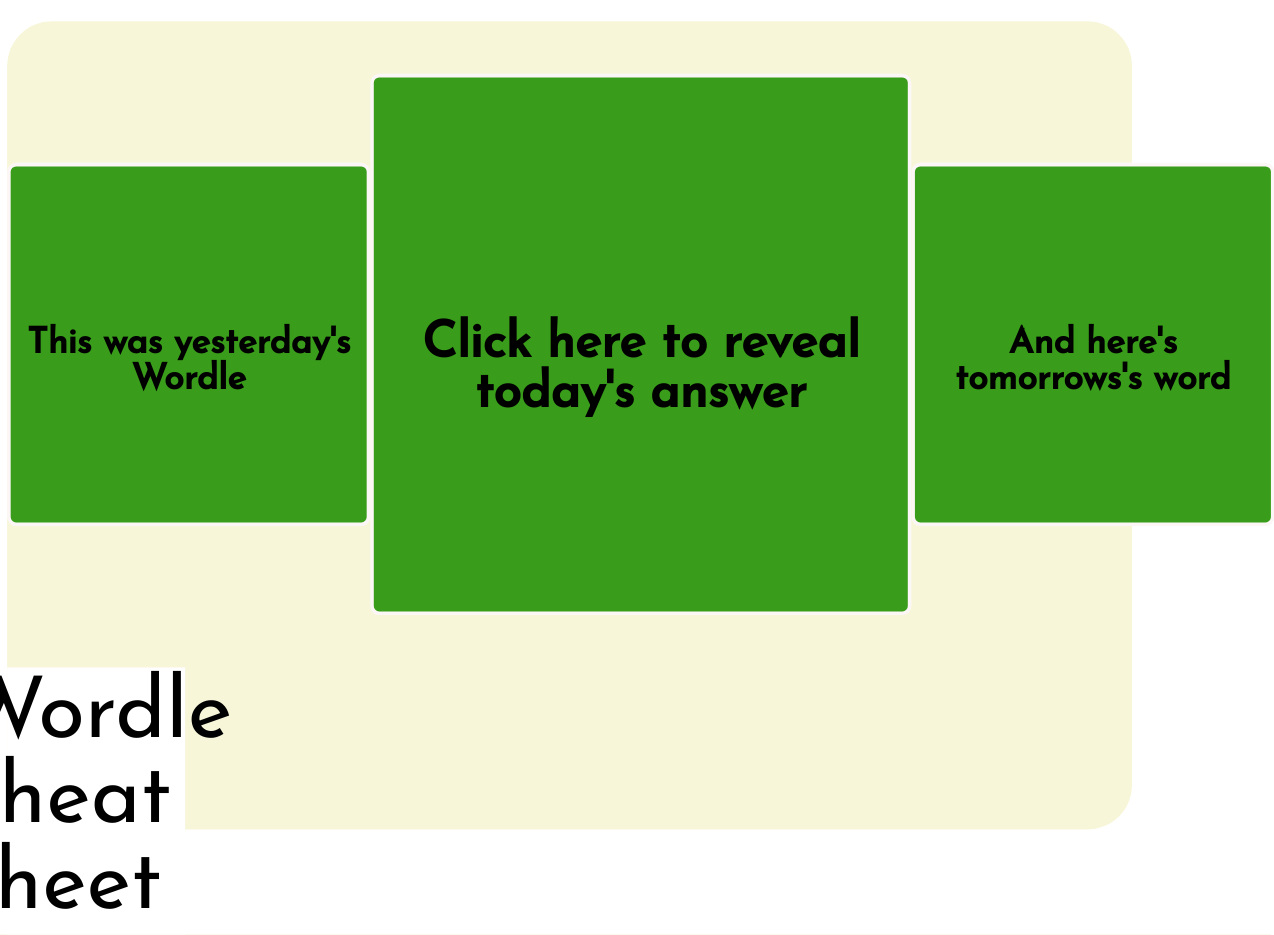
Repository: enoripl/tomorrows-wordle
Page: index.html
An editor plug-in stored every save of this project. The page is shown before and after the next save, followed by the edit.
The browser window is 1280 px wide. The page is 1432 px wide, so the pictures cover 1432 px, including what lies to the right of the window. The pictures show the whole page, at 89% of full size.

Above is the page before, as saved 2022-02-09 19:35:39.

After the next save:
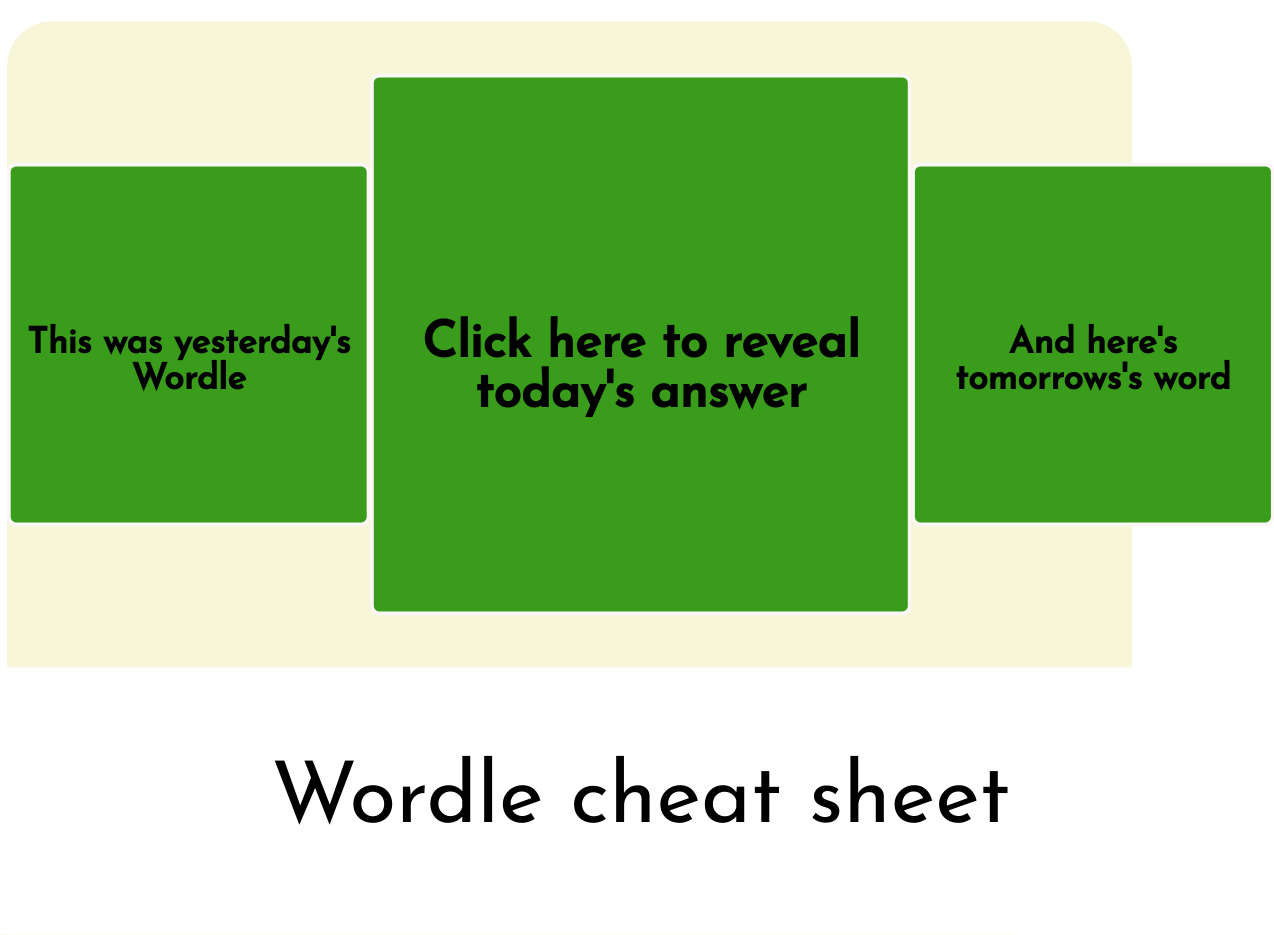
Saved 6 s later.
--- a/styles.css
+++ b/styles.css
@@ -54,6 +54,6 @@
   justify-content: center;
   align-items: center;
   font-size: 6rem;
-  background-color: rgb(255, 255, 255) ;
-  width: 200px;
+  background-color: rgb(255, 255, 255);
+
 }
